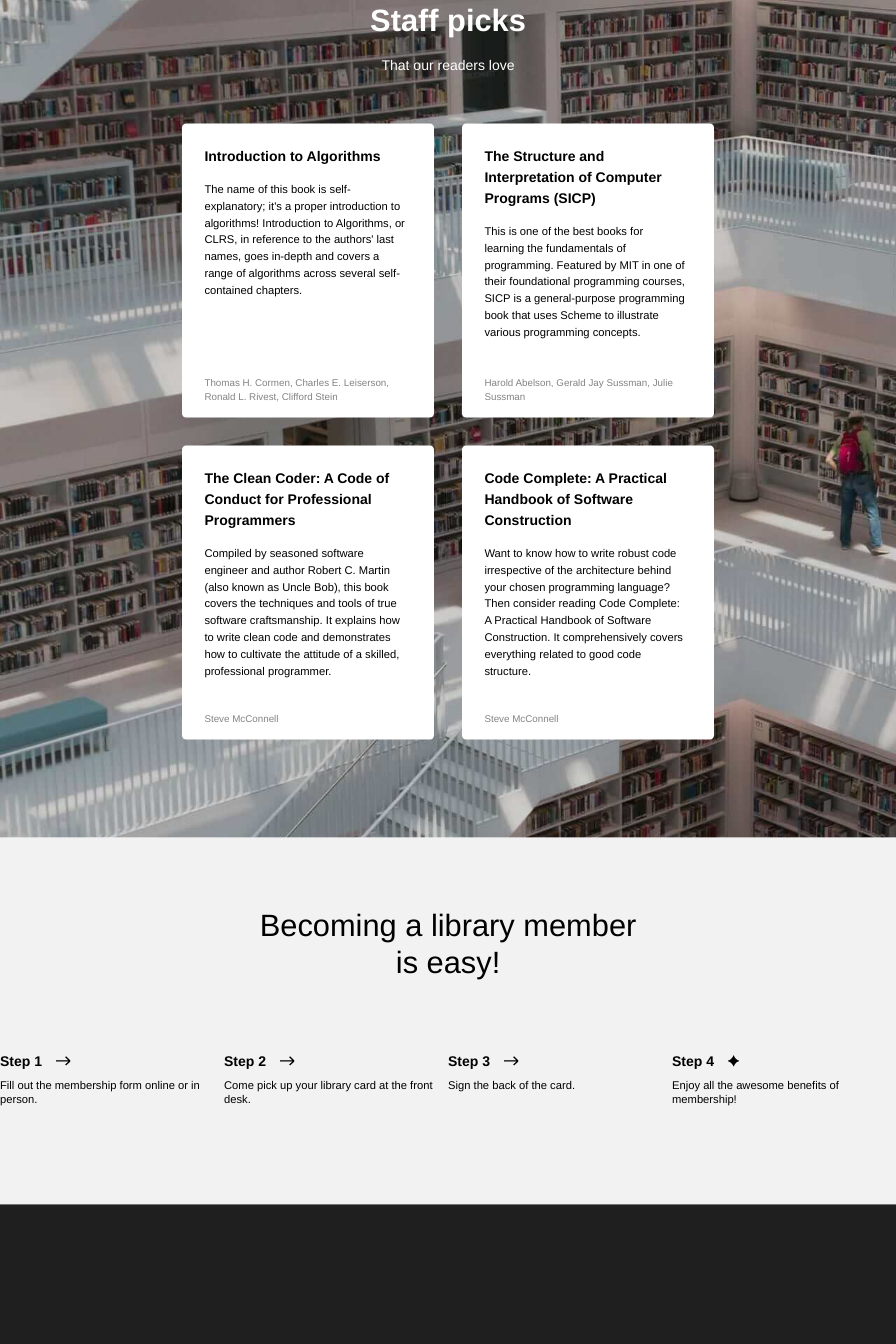
Repository: MWilliams-26/se_project_library
Page: index.html
These files come from the project's save history. The page is drawn as it stood at one moment and after the next save; the edit follows.
The browser window is 1280 px wide. The pictures show the part of the page from y = 1642 to 3562 px (the page is 3562 px tall), at 70% of full size.

Above is the page before, as saved 2023-04-03 23:42:33.

After the next save:
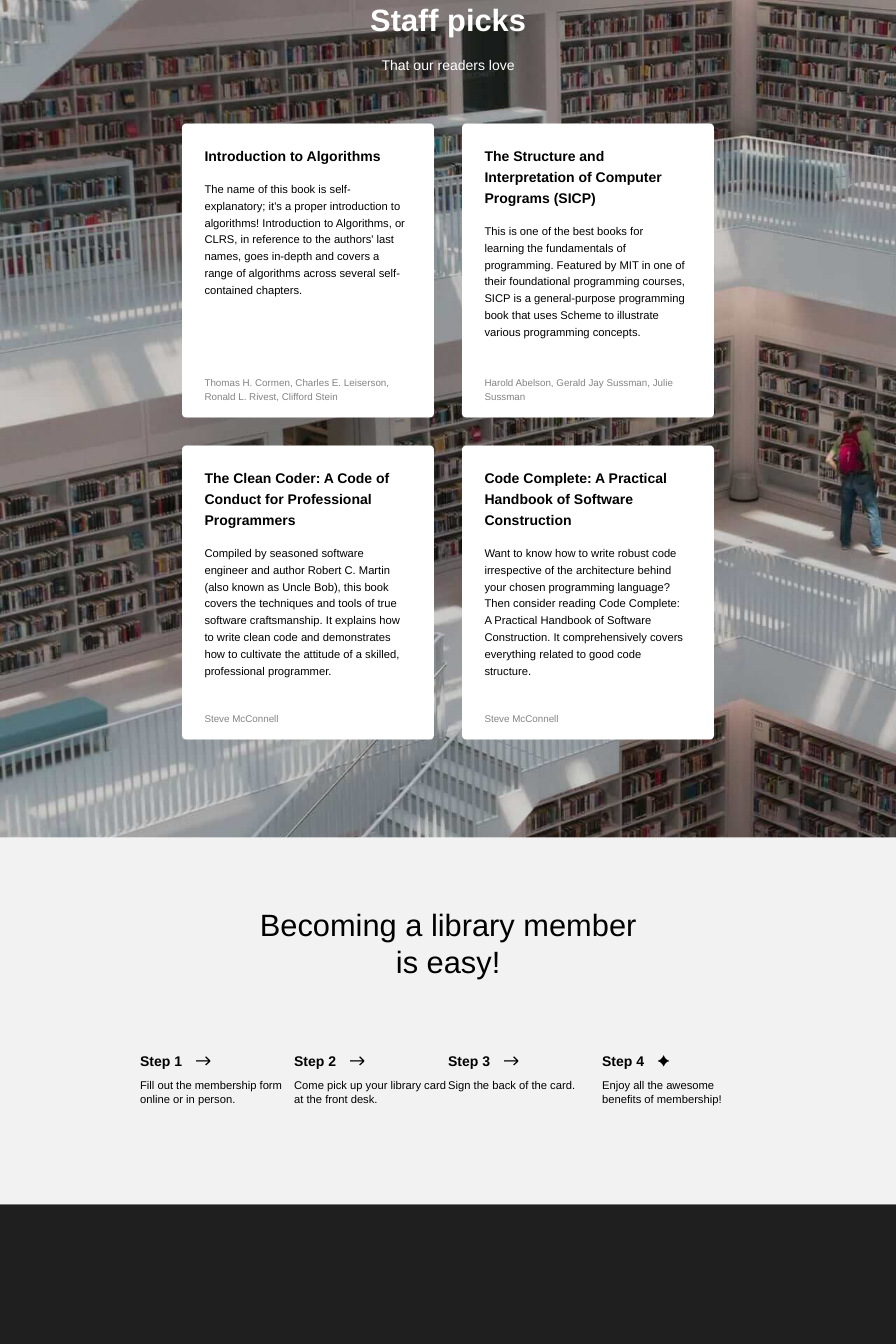
Saved 26 s later.
--- a/styles/style.css
+++ b/styles/style.css
@@ -319,7 +319,7 @@
   margin: 100px 0 0;
   display: flex;
   justify-content: center;
-  align-content: center;
+
   /* Add styles */
 }
 
@@ -327,7 +327,6 @@
   display: wrap;
   gap: 40px;
   width: 220px;
-  flex-grow: 1;
 
   /* Add styles */
 }
